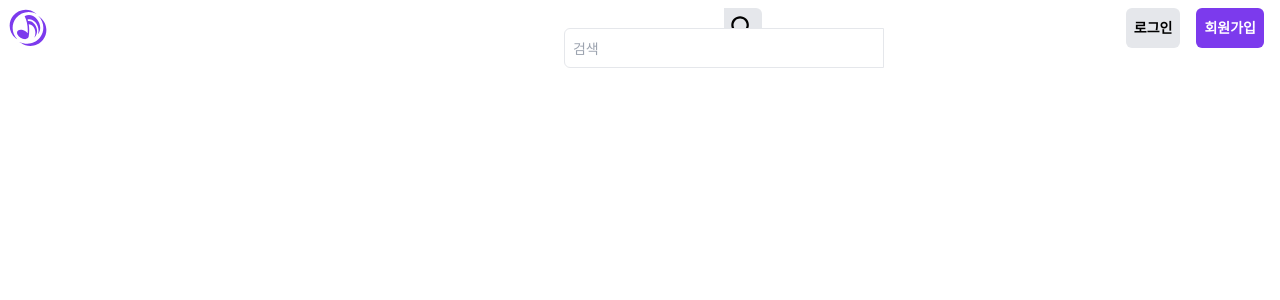
Repository: momo0170/streaming
Page: /
The author's editor kept a copy of each file at every save. The page is drawn from the files as they stood at one save, then again after the next save.
The browser window is 1280 px wide. The pictures show the whole page.
The project was rebuilt for these pictures with package versions that can differ from the ones it lists, and the page was loaded fresh each time. Also part of the build but not shown: src/App.css.

Above is the page before, as saved 2023-09-18 15:49:23.

After the next save:
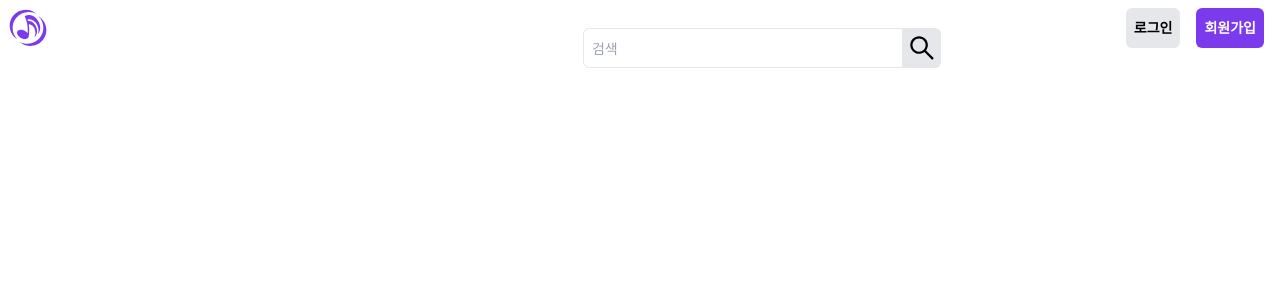
Saved 13 s later.
--- a/src/components/Header.jsx
+++ b/src/components/Header.jsx
@@ -9,11 +9,11 @@ export default function Header() {
       <Link to="/">
         <GiMusicSpell size="40" color="#7c3aed" />
       </Link>
-      <form className="flex">
+      <form className="flex transform translate-x-1/2 translate-y-1/2">
         <input
           type="text"
           placeholder="검색"
-          className="rounded-l-md border p-1 px-2 focus:shadow-inner2 outline-none focus:border-violet-600 placeholder:text-sm hover:shadow-hoverInput hover:border-hoverInput w-80 transform translate-x-1/2 translate-y-1/2"
+          className="rounded-l-md border p-1 px-2 focus:shadow-inner2 outline-none focus:border-violet-600 placeholder:text-sm hover:shadow-hoverInput hover:border-hoverInput w-80"
         />
         <button className="bg-gray-200 p-1 rounded-r-md box-border hover:bg-gray-300">
           <AiOutlineSearch size="30" />
